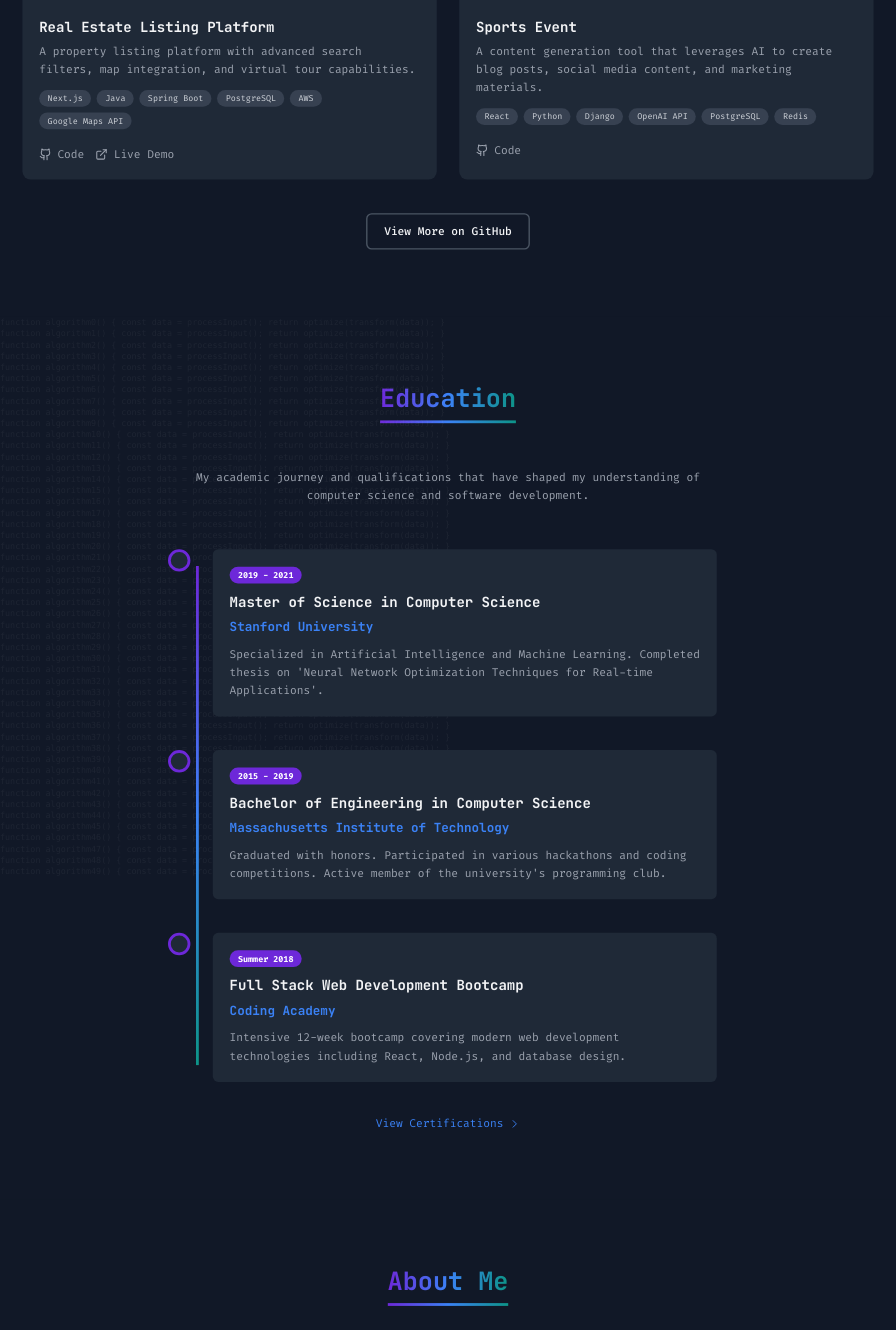
Repository: Saquib45/portfolio
Page: /
An editor plug-in stored every save of this project. The page is shown before and after the next save, followed by the edit.
The browser window is 1280 px wide. The pictures show the part of the page from y = 3512 to 5412 px (the page is 7614 px tall), at 70% of full size.
The project was rebuilt for these pictures with package versions that can differ from the ones it lists, and the page was loaded fresh each time. Also part of the build but not shown: vite.config.ts.

Above is the page before, as saved 2025-04-23 21:29:21.

After the next save:
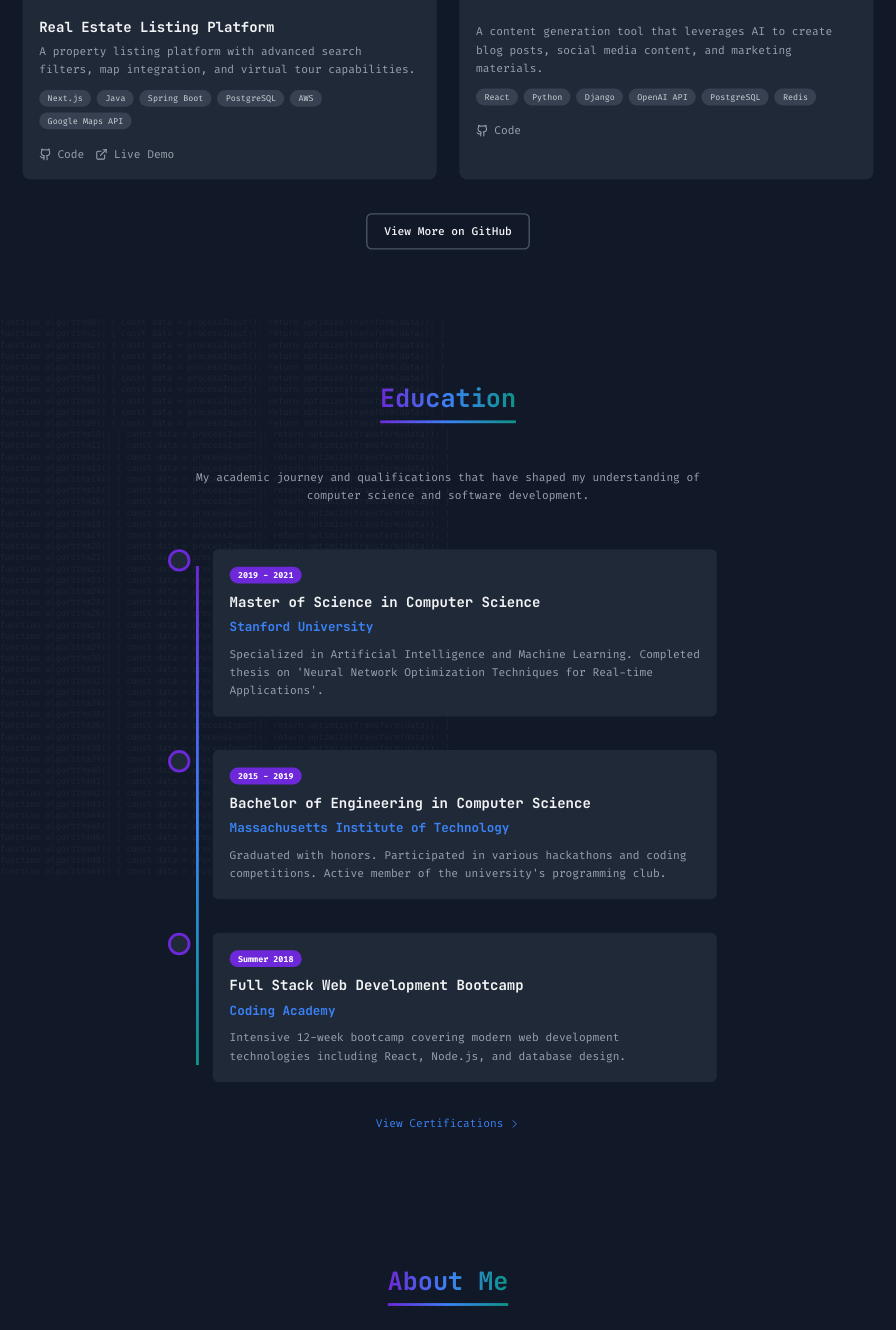
Saved 12 s later.
--- a/src/components/Projects.tsx
+++ b/src/components/Projects.tsx
@@ -68,7 +68,7 @@
     },
     {
       id: 4,
-      title: "Sports Event ",
+      title: "",
       description: "A content generation tool that leverages AI to create blog posts, social media content, and marketing materials.",
       image: "https://images.pexels.com/photos/5380642/pexels-photo-5380642.jpeg?auto=compress&cs=tinysrgb&w=1260&h=750&dpr=2",
       technologies: ["React", "Python", "Django", "OpenAI API", "PostgreSQL", "Redis"],

After the save that followed:
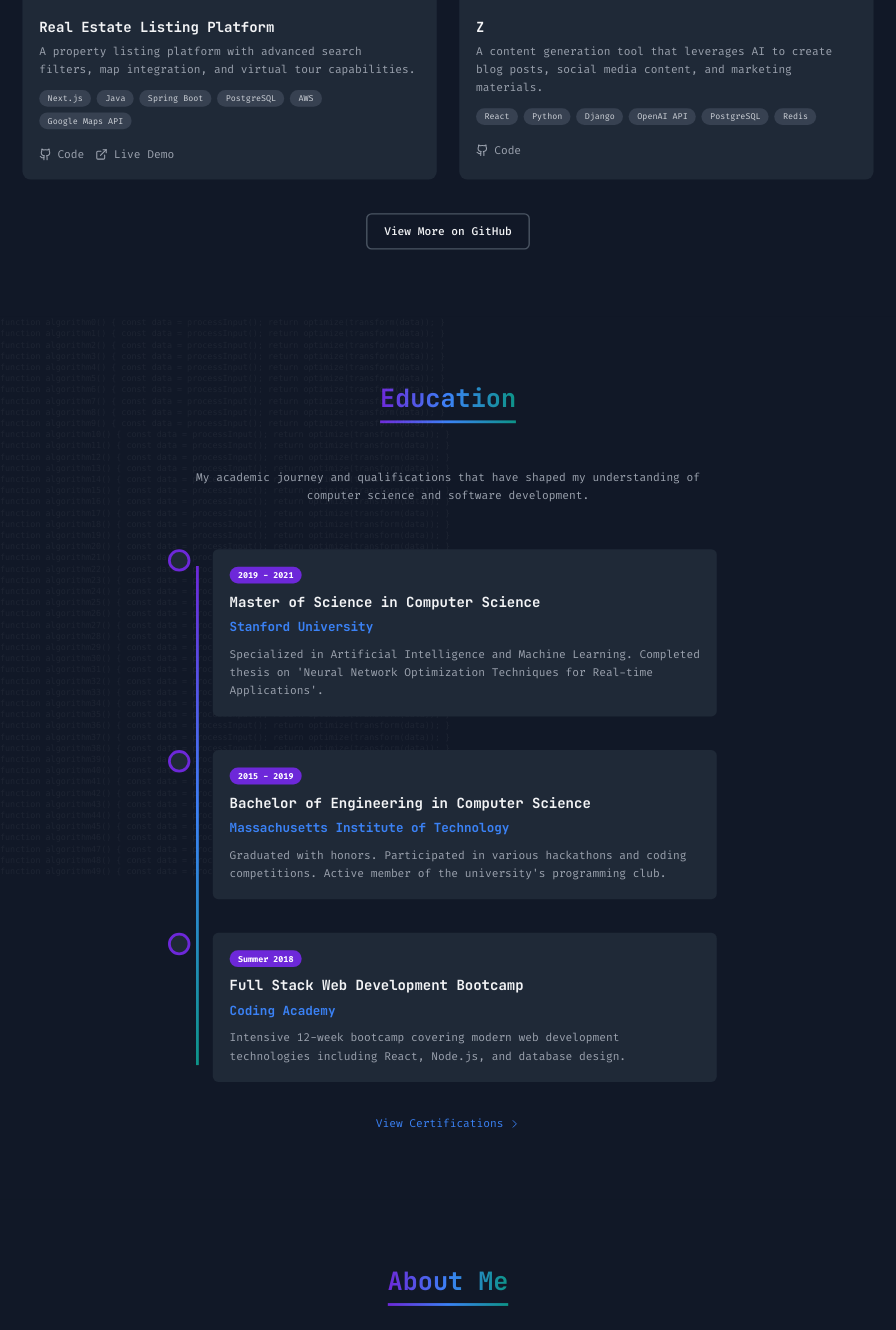
Saved 9 s later.
--- a/src/components/Projects.tsx
+++ b/src/components/Projects.tsx
@@ -68,7 +68,7 @@
     },
     {
       id: 4,
-      title: "",
+      title: "Z",
       description: "A content generation tool that leverages AI to create blog posts, social media content, and marketing materials.",
       image: "https://images.pexels.com/photos/5380642/pexels-photo-5380642.jpeg?auto=compress&cs=tinysrgb&w=1260&h=750&dpr=2",
       technologies: ["React", "Python", "Django", "OpenAI API", "PostgreSQL", "Redis"],
